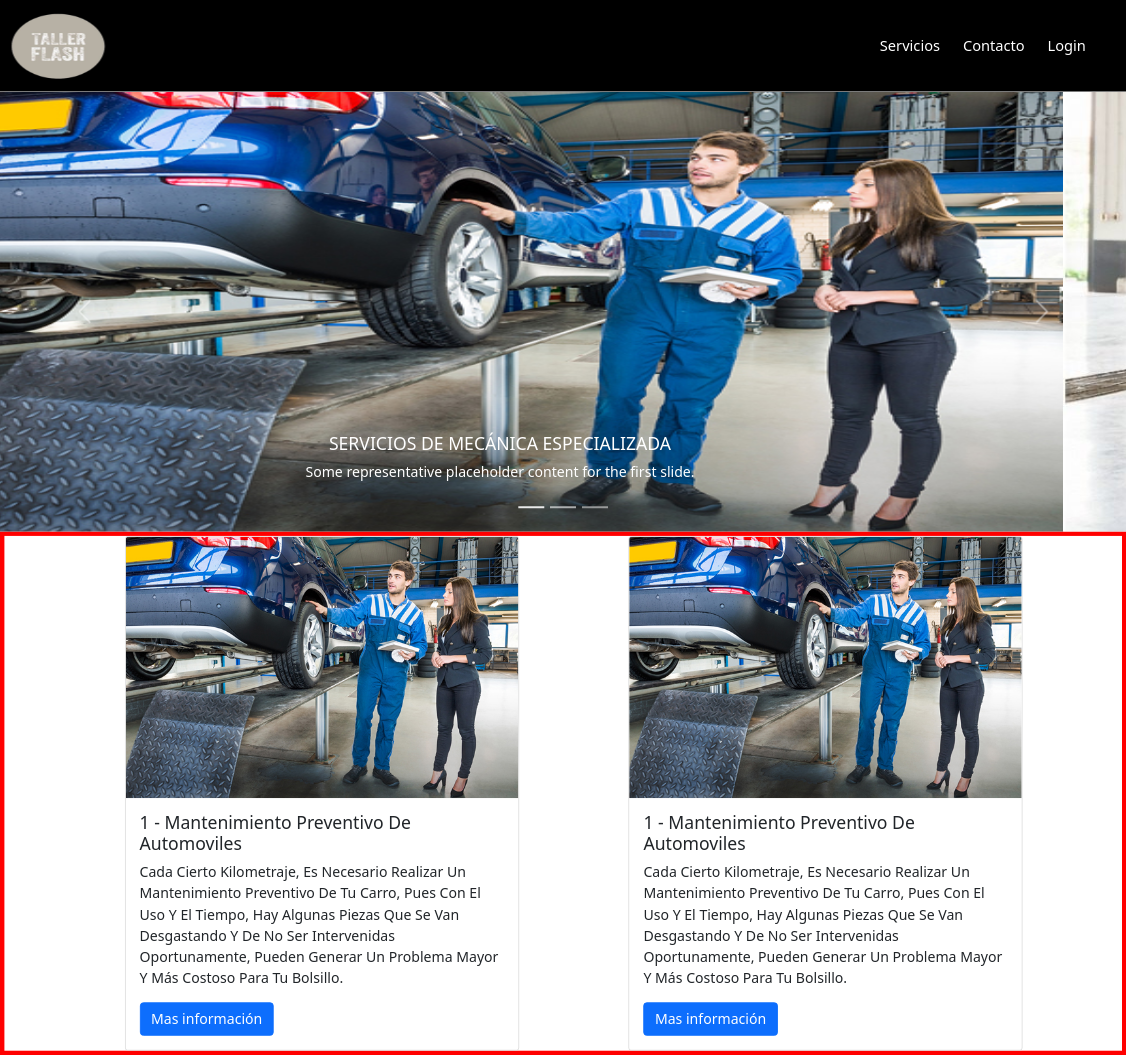
Repository: nder1996/Boostrap.Taller.Arquitectura
Page: Index.html
These files come from the project's save history. The page is drawn as it stood at one moment and after the next save; the edit follows.
The browser window is 1280 px wide. The pictures show the whole page, at 88% of full size.

Above is the page before, as saved 2021-07-23 06:21:02.

### Index.html
<!DOCTYPE html>
<html lang="en">

<head>
	<meta charset="UTF-8">
	<meta name="viewport" content="width=device-width, initial-scale=1.0">
	<link rel="shortcut icon" href="img/Logo.png">
	<link href="https://cdn.jsdelivr.net/npm/bootstrap@5.0.2/dist/css/bootstrap.min.css" rel="stylesheet"
		integrity="sha384-EVSTQN3/azprG1Anm3QDgpJLIm9Nao0Yz1ztcQTwFspd3yD65VohhpuuCOmLASjC" crossorigin="anonymous">
	<link rel="stylesheet" href="https://cdnjs.cloudflare.com/ajax/libs/font-awesome/5.15.3/css/all.min.css"
		integrity="sha512-iBBXm8fW90+nuLcSKlbmrPcLa0OT92xO1BIsZ+ywDWZCvqsWgccV3gFoRBv0z+8dLJgyAHIhR35VZc2oM/gI1w=="
		crossorigin="anonymous" referrerpolicy="no-referrer" />
	<link rel="stylesheet" href="css/style.css">
	<title>Taller Automotriz</title>
</head>

<body>

	<nav class="navbar navbar-expand-lg navbar-light">
		<div class="container-fluid">
			<a class="navbar-brand" href="#"><img src="img/Logo.png" alt="" style='width: 110px; height: 78px;'></a>
			<button class="navbar-toggler" type="button" data-bs-toggle="collapse" data-bs-target="#navbarNav"
				aria-controls="navbarNav" aria-expanded="false" aria-label="Toggle navigation">
				<span class="navbar-toggler-icon"></span>
			</button>
			<div class="collapse navbar-collapse" id="navbarNav">
				<ul class="navbar-nav ms-auto">
					<li class="nav-item">
						<a class="nav-link active" aria-current="page" href="#">Servicios</a>
					</li>
					<li class="nav-item">
						<a class="nav-link" href="#">Contacto</a>
					</li>
					<li class="nav-item">
						<a class="nav-link" href="#">Login</a>
					</li>
				</ul>
			</div>
		</div>
	</nav>
	<div id="carouselExampleCaptions" class="carousel slide" data-bs-ride="carousel">
		<div class="carousel-indicators">
			<button type="button" data-bs-target="#carouselExampleCaptions" data-bs-slide-to="0" class="active"
				aria-current="true" aria-label="Slide 1"></button>
			<button type="button" data-bs-target="#carouselExampleCaptions" data-bs-slide-to="1"
				aria-label="Slide 2"></button>
			<button type="button" data-bs-target="#carouselExampleCaptions" data-bs-slide-to="2"
				aria-label="Slide 3"></button>
		</div>
		<div class="carousel-inner">
			<div class="carousel-item active">
				<img src="img/Mantenimiento_1.jpg" class="d-block w-100" alt="...">
				<div class="carousel-caption d-none d-md-block">
					<h5>SERVICIOS DE MECÁNICA
						ESPECIALIZADA</h5>
					<p>Some representative placeholder content for the first slide.</p>
				</div>
			</div>
			<div class="carousel-item">
				<img src="img/Mantenimiento_3.png" class="d-block w-100" alt="...">
				<div class="carousel-caption d-none d-md-block">
					<h5>SERVICIOS DE MECÁNICA
						ESPECIALIZADA</h5>
					<p>Some representative placeholder content for the second slide.</p>
				</div>
			</div>
			<div class="carousel-item">
				<img src="img/Mantenimiento_2.png" class="d-block w-100" alt="...">
				<div class="carousel-caption d-none d-md-block">
					<h5>Third slide label</h5>
					<p>Some representative placeholder content for the third slide.</p>
				</div>
			</div>
		</div>
		<button class="carousel-control-prev" type="button" data-bs-target="#carouselExampleCaptions"
			data-bs-slide="prev">
			<span class="carousel-control-prev-icon" aria-hidden="true"></span>
			<span class="visually-hidden">Previous</span>
		</button>
		<button class="carousel-control-next" type="button" data-bs-target="#carouselExampleCaptions"
			data-bs-slide="next">
			<span class="carousel-control-next-icon" aria-hidden="true"></span>
			<span class="visually-hidden">Next</span>
		</button>
	</div>


	<div class="Servicios container-fluid">
		<div class="card" style="width: 28rem;">
			<img src="img/Mantenimiento_1.jpg" class="card-img-top" alt="...">
			<div class="card-body">
			  <h5 class="card-title">1 - Mantenimiento Preventivo De Automoviles</h5>
			  <p class="card-text">Cada Cierto Kilometraje, Es Necesario Realizar Un Mantenimiento Preventivo De Tu Carro, Pues Con El Uso Y El Tiempo, Hay Algunas Piezas Que Se Van Desgastando Y De No Ser Intervenidas Oportunamente, Pueden Generar Un Problema Mayor Y Más Costoso Para Tu Bolsillo.</p>
			  <a href="#" class="btn btn-primary">Mas información</a>
			</div>
		  </div>

		  <div class="card" style="width: 28rem;">
			<img src="img/Mantenimiento_1.jpg" class="card-img-top" alt="...">
			<div class="card-body">
			  <h5 class="card-title">1 - Mantenimiento Preventivo De Automoviles</h5>
			  <p class="card-text">Cada Cierto Kilometraje, Es Necesario Realizar Un Mantenimiento Preventivo De Tu Carro, Pues Con El Uso Y El Tiempo, Hay Algunas Piezas Que Se Van Desgastando Y De No Ser Intervenidas Oportunamente, Pueden Generar Un Problema Mayor Y Más Costoso Para Tu Bolsillo.</p>
			  <a href="#" class="btn btn-primary">Mas información</a>
			</div>
		  </div>




	</div>
	<!--
		<div><img src="img/Mantenimiento_2.png" alt="" width="300px" height="300px"></div>
		<div><img src="img/Mantenimiento_3.png" alt="" width="300px" height="300px"></div>
		<div><img src="img/Mantenimiento_4.png" alt="" width="300px" height="300px"></div>
		-->











	<script src="https://cdn.jsdelivr.net/npm/bootstrap@5.0.2/dist/js/bootstrap.bundle.min.js"
		integrity="sha384-MrcW6ZMFYlzcLA8Nl+NtUVF0sA7MsXsP1UyJoMp4YLEuNSfAP+JcXn/tWtIaxVXM" crossorigin="anonymous">
	</script>
	<script src="https://cdnjs.cloudflare.com/ajax/libs/jquery/3.6.0/jquery.min.js"
		integrity="sha512-894YE6QWD5I59HgZOGReFYm4dnWc1Qt5NtvYSaNcOP+u1T9qYdvdihz0PPSiiqn/+/3e7Jo4EaG7TubfWGUrMQ=="
		crossorigin="anonymous" referrerpolicy="no-referrer"></script>
</body>

</html>

### css/style.css
nav{
    background-color: black !important;
}

nav li{
    position:relative;
    margin-left: 10px;
    left:-10%;
}

nav li a{
    color:white !important;
    font-size: 1.3vw;
}

.carousel-inner{
    position:relative;
    width: 100%;
    height: 500px;
}

.carousel-item img{
    position:relative;
    width: 100%;
    height: 500px;
}

.Servicios{
    position:relative;
    display: flex;
    border:5px solid red;
}

.Servicios .card{
    margin-left:10%
}

After the next save:
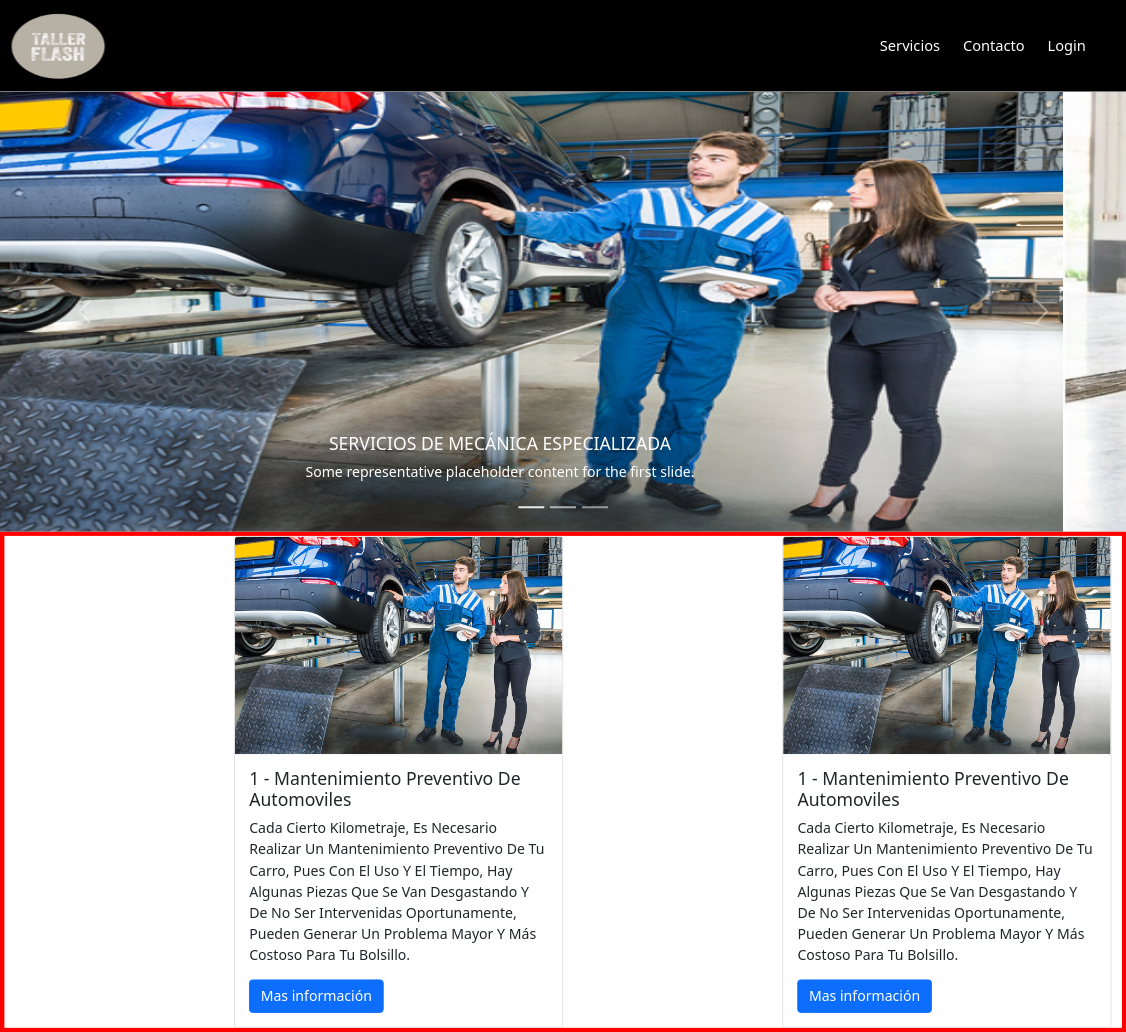
Saved 5 s later.
--- a/css/style.css
+++ b/css/style.css
@@ -32,5 +32,5 @@ nav li a{
 }
 
 .Servicios .card{
-    margin-left:10%
+    margin-left:20%
 }
